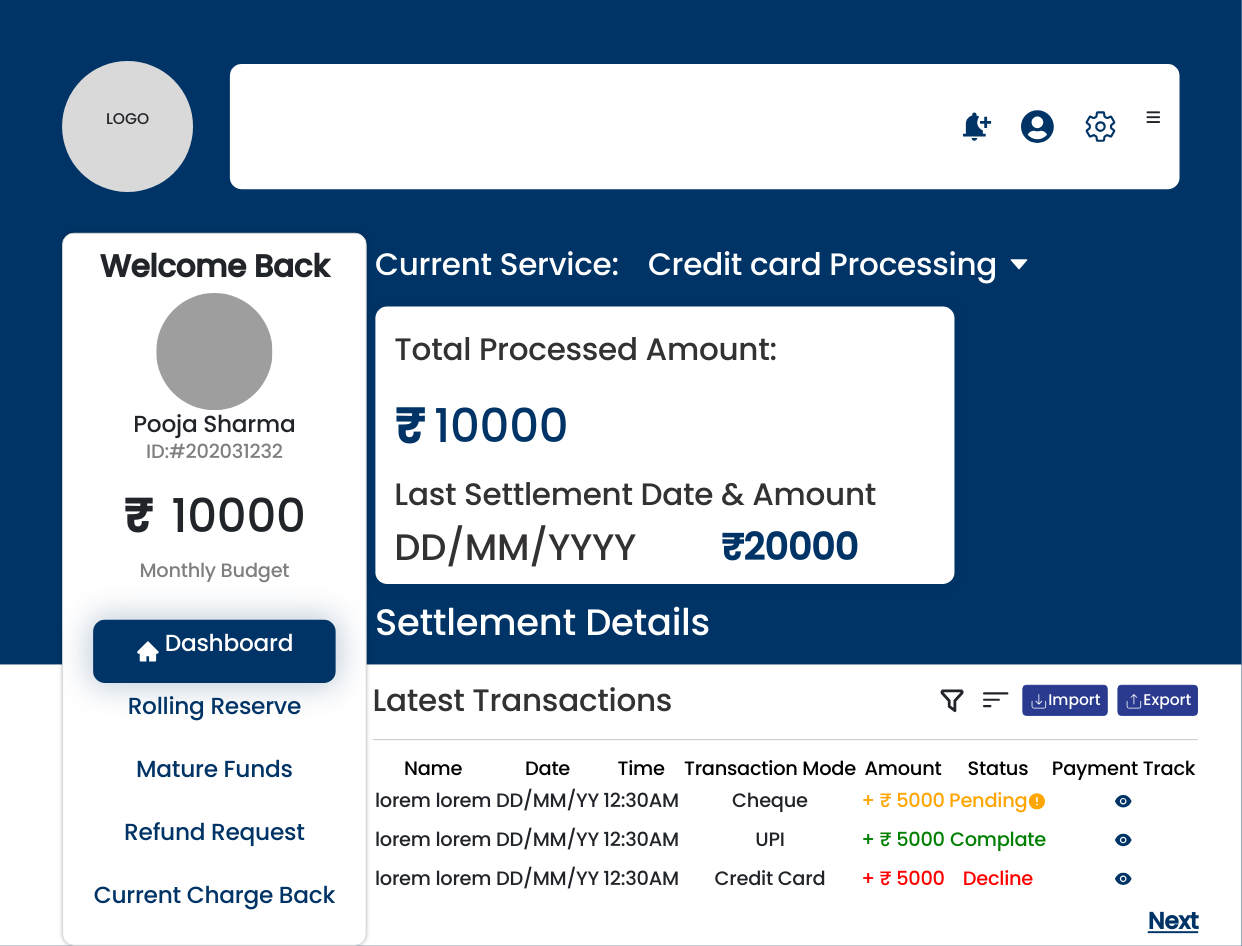
Repository: FlyweisReact/Prashant
Page: /dashboard
These files come from the project's save history. The page is drawn as it stood at one moment and after the next save; the edit follows.
The browser window is 1280 px wide. The pictures show the whole page, at 97% of full size.
Pictures or frames that could not be fetched are drawn as grey boxes. Some web libraries are served in a nearby version. The project was rebuilt for these pictures with package versions that can differ from the ones it lists, and the page was loaded fresh each time. Also part of the build but not shown: src/Pages/CryptoPayment.jsx, src/Pages/CurrentCharge.jsx, src/Styles/Login.module.css, src/Components/Login/LoginFirstSection.jsx, src/Components/Login/LoginMainSection.jsx, src/Pages/Login.jsx, src/Pages/MatureFund.jsx, src/Pages/OpenBanking.jsx and 12 more.

Above is the page before, as saved 2023-03-23 17:21:12.

### public/index.html
<!DOCTYPE html>
<html lang="en">
  <head>
    <meta charset="utf-8" />
    <link rel="icon" href="%PUBLIC_URL%/favicon.ico" />
    <meta name="viewport" content="width=device-width, initial-scale=1" />
    <meta name="theme-color" content="#000000" />
    <meta
      name="description"
      content="Web site created using create-react-app"
    />
    <link rel="apple-touch-icon" href="%PUBLIC_URL%/logo192.png" />
    <link rel="manifest" href="%PUBLIC_URL%/manifest.json" />
    <title>React App</title>
  </head>
  <body>
    <noscript>You need to enable JavaScript to run this app.</noscript>
    <div id="root"></div>
  </body>
  <style>
    @import url("https://fonts.googleapis.com/css2?family=Lilita+One&family=PT+Sans&family=Poppins:wght@500&display=swap");
  </style>
  <script src="https://kit.fontawesome.com/b533b351e4.js" crossorigin="anonymous"></script>
</html>

### src/Routes/AllRoutes.jsx
import React from "react";
import { Route, Routes } from "react-router-dom";
import { CryptoPayment } from "../Pages/CryptoPayment";
import { CurrentCharge } from "../Pages/CurrentCharge";
import { Dashboard } from "../Pages/Dashboard";
import { Login } from "../Pages/Login";
import { MatureFund } from "../Pages/MatureFund";
import { OpenBanking } from "../Pages/OpenBanking";
import { OtpPage } from "../Pages/OtpPage";
import { Profile } from "../Pages/Profile";
import { RefundRequest } from "../Pages/RefundRequest";
import { Register } from "../Pages/Register";
import { RegisterTwo } from "../Pages/RegisterTwo";
import { RollingReserve } from "../Pages/RollingReserve";

export const AllRoutes = () => {
  return (
    <Routes>
      <Route path="/" element={<Login />} />
      <Route path="/verify-otp" element={<OtpPage />} />
      <Route path="/dashboard" element={<Dashboard />} />
      <Route path="/register" element={<Register />} />
      <Route path="/detail-register" element={<RegisterTwo />} />
      <Route path="/profile" element={<Profile />} />
      <Route path="/rolling-reserve" element={<RollingReserve />} />
      <Route path="/mature-fund" element={<MatureFund />} />
      <Route path="/refund-request" element={<RefundRequest />} />
      <Route path="/current-charge" element={<CurrentCharge />} />
      <Route path="open-banking-service" element={<OpenBanking />} />
      <Route path="/crypto-payment-proccessing" element={<CryptoPayment />} />
    </Routes>
  );
};

### src/Components/Dashboard/UserInfoPopUp.jsx
/** @format */

import React  from "react";
import styles from "../../Styles/Dashboard.module.css";
import { MdNotificationAdd } from "react-icons/md";
import { FaUserCircle } from "react-icons/fa";
import { IoSettingsOutline } from "react-icons/io5";
import { useNavigate } from "react-router-dom";
import Modal from "react-bootstrap/Modal";
import { BsThreeDotsVertical } from "react-icons/bs";

function NotificationModal(props) {
  const data = [
    {
      img: "https://th.bing.com/th/id/OIP.2i5UaEHaQM3PYAYXQyM1AAAAAA?pid=ImgDet&rs=1",
      title: "Morem ipsum dolor sit amet, consectetur adipiscing elit.",
      desc: "Morem ipsum dolor sit amet, consectetur .",
      day: "yesterday",
      time: "10:30 AM",
    },
    {
      img: "https://th.bing.com/th/id/OIP.2i5UaEHaQM3PYAYXQyM1AAAAAA?pid=ImgDet&rs=1",
      title: "Morem ipsum dolor sit amet, consectetur adipiscing elit.",
      desc: "Morem ipsum dolor sit amet, consectetur .",
      day: "yesterday",
      time: "10:30 AM",
    },
    {
      img: "https://th.bing.com/th/id/OIP.2i5UaEHaQM3PYAYXQyM1AAAAAA?pid=ImgDet&rs=1",
      title: "Morem ipsum dolor sit amet, consectetur adipiscing elit.",
      desc: "Morem ipsum dolor sit amet, consectetur .",
      day: "yesterday",
      time: "10:30 AM",
    },
  ];

  return (
    <Modal
      {...props}
      aria-labelledby="contained-modal-title-vcenter"
      centered
      className="NotifyModal"
    >
      <Modal.Body>
        <div className="NotificationModal">
          <div>
            <div className="close">
              <i class="fa-solid fa-x" onClick={() => props.onHide()}></i>
            </div>
            <div className="NotificationModalFirst">
              <h1>Notification</h1>
              <BsThreeDotsVertical size={25} />
            </div>
            <hr style={{ height: "3px", background: "black" }} />
            <p>Today's</p>
            {data.map((ele) => (
              <>
                <div className="NotificationDiv">
                  <div>
                    <img src={ele.img} alt="img" />
                  </div>
                  <div>
                    <h1>{ele.title}</h1>
                    <p>{ele.desc}</p>
                    <div>
                      <p>{ele.day}</p>
                      <span className="Time">{ele.time}</span>
                    </div>
                  </div>
                </div>
                <hr style={{ height: "2px", background: "grey" }} />
              </>
            ))}
          </div>
        </div>
      </Modal.Body>
    </Modal>
  );
}

export const UserInfoPopUp = () => {
  const [modalShow, setModalShow] = React.useState(false);
  const navigate = useNavigate();

  return (
    <>
      <NotificationModal
        show={modalShow}
        onHide={() => setModalShow(false)}
      />

      <div className={styles.logoSection}>
        <div onClick={() => navigate("/dashboard")} className={styles.Logo}>
          <p>LOGO</p>
        </div>

        <div className={styles.InfoPanel}>
          <div>
            <MdNotificationAdd
              size={35}
              color="#003466"
              style={{ cursor: "pointer" }}
              onClick={() => setModalShow(true)}
            />
            <FaUserCircle
              size={35}
              color="#003466"
              style={{ cursor: "pointer" }}
              onClick={() => navigate("/profile")}
            />
            <IoSettingsOutline
              size={35}
              color="#003466"
              style={{ cursor: "pointer" }}
            />
            <i class="fa-solid fa-bars"></i>
          </div>
        </div>
      </div>
    </>
  );
};

### src/Components/SideBar.jsx
import React from "react";
import { AiFillHome } from "react-icons/ai";
import { Link, useLocation } from "react-router-dom";
import styles from "../Styles/SideBar.module.css";
export const SideBar = () => {
  const { pathname } = useLocation();
  return (
    <div className={styles.SideBarMain}>
      <h1>Welcome Back</h1>
      <div>
        <div>
          <img
            src="https://th.bing.com/th/id/OIP.2i5UaEHaQM3PYAYXQyM1AAAAAA?pid=ImgDet&rs=1"
            alt="img"
          />
          <h1>Pooja Sharma</h1>
          <p>ID:#202031232</p>
          <div className={styles.TotalBudgetDiv}>
            <h1>&#x20b9;</h1>
            <h1>10000</h1>
          </div>
          <p>Monthly Budget</p>
        </div>
      </div>
      <div className={styles.LinkBox}>
        <Link to={"/dashboard"}>
          <div
            className={
              pathname === "/dashboard" ? styles.active : styles.unactive
            }
          >
            <AiFillHome size={25} />
            <p>Dashboard</p>
          </div>
        </Link>
        <Link to={"/rolling-reserve"}>
          <div
            className={
              pathname === "/rolling-reserve" ? styles.active : styles.unactive
            }
          >
            <p>Rolling Reserve</p>
          </div>
        </Link>
        <Link to={"/mature-fund"}>
          <div
            className={
              pathname === "/mature-fund" ? styles.active : styles.unactive
            }
          >
            <p>Mature Funds</p>
          </div>
        </Link>
        <Link to={"/refund-request"}>
          <div
            className={
              pathname === "/refund-request" ? styles.active : styles.unactive
            }
          >
            <p>Refund Request</p>
          </div>
        </Link>
        <Link to={"/current-charge"}>
          <div
            className={
              pathname === "/current-charge" ? styles.active : styles.unactive
            }
          >
            <p>Current Charge Back</p>
          </div>
        </Link>
      </div>
    </div>
  );
};

### src/Components/TotalAmountSection.jsx
import React from "react";
import styles from "../Styles/TotalAmountSection.module.css";
export const TotalAmountSection = () => {
  return (
    <div className={styles.MainDiv}>
      <h1>Total Processed Amount:</h1>
      <div className={styles.TotalBudgetDiv}>
        <h1>&#x20b9;</h1>
        <h1>10000</h1>
      </div>
      <h1>Last Settlement Date & Amount</h1>
      <div className={styles.DateSection}>
        <div>
          <p>DD/MM/YYYY</p>
          <h2>&#x20b9;{20000}</h2>
        </div>
      </div>
    </div>
  );
};

### src/Components/CardProccessingModal.jsx
import React from "react";
import { MdOutlineClose } from "react-icons/md";
import { Link } from "react-router-dom";
import styles from "../Styles/CardProccessingModal.module.css";
export const CardProccessingModal = ({ OpenModal, HandleModal }) => {
  console.log(OpenModal);
  return (
    <div className={OpenModal ? styles.modalVisible : styles.modal}>
      <div className={styles.ModalMainDiv}>
        <MdOutlineClose
          onClick={() => HandleModal()}
          size={25}
          className={styles.CloseICon}
        />
        <div>
          <Link to={""}>Credit Card Processing</Link>
          <hr />
          <Link to={"/open-banking-service"}>Open Banking Service</Link>
          <hr />
          <Link to={"/crypto-payment-proccessing"}>
            Crypto payment processing
          </Link>
        </div>
      </div>
    </div>
  );
};

### src/Components/DeclineModal.jsx
import React from "react";
import { MdOutlineClose } from "react-icons/md";
import styles from "../Styles/DeclineModal.module.css";
import { IoMdCheckmarkCircle } from "react-icons/io";
import { RiErrorWarningFill } from "react-icons/ri";
import { BsCircleFill } from "react-icons/bs";
export const DeclineModal = ({ OpenModal, HandleModal }) => {
  return (
    <div className={OpenModal ? styles.modalVisible : styles.modal}>
      <div className={styles.ModalMainDiv}>
        <MdOutlineClose
          onClick={() => HandleModal()}
          size={25}
          className={styles.CloseICon}
        />
        <div>
          <h1>Payment Details</h1>
          <hr style={{ height: "4px", background: "white" }} />
          <div className={styles.paymentDetailMainDiv}>
            <div className={styles.PaymentDetails}>
              <div>
                <p>Transaction ID:</p>
                <p>545454545</p>
              </div>
              <div>
                <p>To:</p>
                <p>Loren loren Epsom ( Company Name)</p>
              </div>
              <div>
                <p>From:</p>
                <p>Loren loren Epsom (Merchant Company)</p>
              </div>
              <div>
                <p>Transaction Mode:</p>
                <p>Card</p>
              </div>
            </div>
            <div className={styles.paymentTimeline}>
              <p>Payment Timeline</p>
              <div>
                <div className={styles.VerticalLine}></div>
                <div className={styles.PaymentStatus}>
                  <IoMdCheckmarkCircle
                    size={25}
                    className={styles.Icons}
                    color="green"
                  />
                  <p>Payment Started</p>
                </div>
                <div className={styles.PaymentStatus}>
                  <RiErrorWarningFill
                    size={25}
                    className={styles.Icons}
                    color="red"
                  />
                  <p>Payment Failed To complete</p>
                </div>
                <div className={styles.PaymentStatus}>
                  <BsCircleFill
                    size={25}
                    className={styles.Icons}
                    color="white"
                  />
                  <p>Payment Successful</p>
                </div>
              </div>
              <hr />
              <div className={styles.ReasonsDiv}>
                <p>Reason:</p>
                <p> Account Coded (Credit Rating) </p>
              </div>
              <div className={styles.ReasonsDiv}>
                <p>Code:</p>
                <p> 505 </p>
              </div>
              <div className={styles.ReasonsDiv}>
                <p>Description:</p>
                <p>
                  {" "}
                  The account the customer used for the attempted transaction
                  has a negative credit rating.{" "}
                </p>
              </div>
            </div>
          </div>
        </div>
      </div>
    </div>
  );
};

### src/Styles/SideBar.module.css
.SideBarMain{
    position: absolute;
    width: 314px;
/* height: 789px; */
left: 25%px;
top: 35%;
background: #FFFFFF;
border: 1px solid #D9D9D9;
box-shadow: 0px 0px 4px rgba(0, 0, 0, 0.25);
border-radius: 12px;
padding: 10px;
}
.SideBarMain>h1{
    text-align: center;
    font-family: 'Poppins';
font-style: normal;
font-weight: 700;
font-size: 32px;
margin-top: 5px;
letter-spacing: -0.28px;
}
.SideBarMain>div{
    width: 100%;
    display: flex;
    align-items: center;
    justify-content: center;
}
.SideBarMain>div>div{
    text-align: center;
}
.SideBarMain>div>div>img{
    width: 120px;
height: 121px;
    border-radius: 50%;
}
.SideBarMain>div>div>h1{
    font-family: 'Poppins';
font-style: normal;
font-weight: 500;
font-size: 24px;
letter-spacing: -0.28px;
}
.SideBarMain>div>div>p{
    font-family: 'Poppins';
font-style: normal;
margin-top: -10px;
font-weight: 300;
font-size: 20px;
line-height: 30px;
letter-spacing: -0.28px;
color: rgba(0, 0, 0, 0.5);
}
.TotalBudgetDiv{
    display: flex;
    align-items: center;
    gap: 20px;
    margin: 15px;
}
.TotalBudgetDiv>h1:first-child{
    font-family: 'Poppins';
font-style: normal;
font-weight: 700;
font-size: 48px;
line-height: 72px;
letter-spacing: -0.28px;
}
.TotalBudgetDiv>h1{
    font-family: 'Poppins';
    font-style: normal;
    font-weight: 500;
    font-size: 48px;
    line-height: 72px;
    margin: 0;
    letter-spacing: -0.28px;
}
.LinkBox{
    display: flex;
    flex-direction: column;
    margin-top: 20px;
}
.LinkBox>a{
    text-decoration: none;
}
.active{
    width: 250px;
    height: 65px;
    padding-left: 10px;
    padding-right: 10px;
    background: #003466;
    box-shadow: 0px 0px 32px 4px rgba(0, 52, 102, 0.25);
    border-radius: 12px;
    display: flex;
    color: white;
    justify-content: center;
    align-items: center;
    gap: 5px;

}
.unactive{
    width: 250px;
    height: 65px;
    display: flex;

    color:#003466;
    justify-content: center;
    align-items: center;
    gap: 5px;
}
.unactive,.active >p{
    font-family: 'Poppins';
font-style: normal;
font-weight: 500;
font-size: 24px;
line-height: 36px;
letter-spacing: -0.28px;
}

### src/Styles/TotalAmountSection.module.css
.MainDiv{
    display:flex;
    flex-direction: column;
    margin-top: 20px;
    width: 72%;
height: 286px;
background: #FFFFFF;
box-shadow: 0px 0px 10px rgba(0, 52, 102, 0.3);
border-radius: 12px;
}
.MainDiv>h1{
    font-family: 'Poppins';
    font-style: normal;
    font-weight: 500;
    font-size: 32px;
    line-height: 48px;
    letter-spacing: -0.28px;
    color: #333131;
    margin: 20px;
}
.TotalBudgetDiv{
    display: flex;
    align-items: center;
    gap: 30px;
    margin-left: 20px;
  margin-top: -30px;
  margin-bottom: -40px;
}
.TotalBudgetDiv>h1:first-child{
    font-family: 'Poppins';
font-style: normal;
font-weight: 700;
margin: 0;
font-size: 50px;
line-height: 72px;
letter-spacing: -0.28px;
color: #003466;
}
.TotalBudgetDiv>h1{
    font-family: 'Poppins';
    font-style: normal;
    font-weight: 500;
    font-size: 48px;
    line-height: 72px;
    margin: 0;
    letter-spacing: -0.28px;
    color: #003466;
}
.DateSection>div{
    width: 80%;
    margin-top: -50px;
    /* background-color: rebeccapurple; */
    display: flex;
    justify-content: space-between;
    align-items: center;
    margin-left: 20px;
}
.DateSection>div>p{
   font-family: 'Poppins';
font-style: normal;
font-weight: 500;
font-size: 38px;
line-height: 60px;
/* identical to box height */
margin: 0;
letter-spacing: -0.28px;
color: #333131;
}
.DateSection>div>h2{
    margin: 0;
    font-family: 'Poppins';
font-style: normal;
font-weight: 600;
font-size: 38px;
line-height: 60px;
letter-spacing: -0.28px;
color: #003466;
}

### src/Styles/CardProccessingModal.module.css
.modal{
    display: none;
  position: fixed;
  z-index: 1;
  left: 0%;
  top: 0;
  width: 100%;
  height: 100%;
  overflow: auto;
  background-color: rgb(0,0,0);
  background-color: rgba(0,0,0,0.4);
}
.modalVisible{
    display :block;
    position: fixed;
    z-index: 1;
    left: 0%;
    top: 0;
    width: 100%;
    height: 100%;
    /* margin-bottom: 20px; */
    overflow: auto;
    background-color: rgb(0,0,0);
    background-color: rgba(0,0,0,0.4);
}
.CloseICon{
    position: absolute;
    right: 3%;
    top: 5%;
    cursor: pointer;
}
.MainTitle{
    display: flex;
    border: 1px solid blue;
}
.ModalMainDiv{
    position:absolute;
    margin: auto;
    /* width: 435px; */
height: 221px;
background: #FFFFFF;
border-radius: 4px;

    top: 38%;
    left: 60%;

}
.ModalMainDiv>div{
    margin: 30px;
}
.ModalMainDiv>div>a{
    text-decoration: none;
    height: 50px;
    font-family: 'Poppins';
font-style: normal;
font-weight: 500;
font-size: 32px;
line-height: 40px;
letter-spacing: -0.28px;

color: #333333;
}

### src/Styles/DeclineModal.module.css
.modal{
    display: none;
  position: fixed;
  z-index: 1;
  left: 0%;
  top: 0;
  width: 100%;
  height: 100%;
  overflow: auto;
  background-color: rgb(0,0,0);
  background-color: rgba(0,0,0,0.4);
}
.modalVisible{
    display :block;
    position: fixed;
    z-index: 1;
    left: 0%;
    top: 0;
    width: 100%;
    height: 100%;
    /* margin-bottom: 20px; */
    overflow: auto;
    background-color: rgb(0,0,0);
    background-color: rgba(0,0,0,0.4);
}
.CloseICon{
    position: absolute;
    right: 3%;
    top: 3%;
    cursor: pointer;
    color: white;
}
.MainTitle{
    display: flex;
    border: 1px solid blue;
}
.ModalMainDiv{
    position:absolute;
    margin: auto;
width: 980px;

left: 20%;
top: 8%;

background: #003466;


}
.ModalMainDiv>div{
    margin: 30px;
}
.ModalMainDiv>div>h1{
    font-family: 'Poppins';
    font-style: normal;
    font-weight: 600;
    font-size: 24px;
    line-height: 29px;
    letter-spacing: -0.28px;
    color: #FFFFFF;
}
.paymentDetailMainDiv{
    display: flex;
    gap: 20px;
    margin-top: 20px;
}
.paymentDetailMainDiv>div:first-child{
    width: 50%;
/* height: 426px; */
background: #FFFFFF;
border: 1px solid #D9D9D9;
box-shadow: 0px 0px 4px rgba(0, 0, 0, 0.25);
border-radius: 20px;
}
.paymentDetailMainDiv>div{
    width: 50%;
}

.PaymentDetails>div{
    margin:20px;
    margin-top: 0;
    margin-bottom: 30px;
}

.PaymentDetails>div>p{
    font-family: 'Poppins';
font-style: normal;
margin: 10;
font-weight: 500;
font-size: 20px;
line-height: 24px;
letter-spacing: -0.28px;
color: #003466;
}
.PaymentDetails>div>p:first-child{
    font-weight: 600;
}
.paymentTimeline>p{
    font-family: 'Poppins';
    font-style: normal;
    font-weight: 500;
    font-size: 20px;
    line-height: 24px;
    letter-spacing: -0.28px;
    margin: 0;
    color: #FFFFFF;
}
.paymentTimeline>div{
    position: relative;
}
.PaymentStatus{
    display: flex;
    align-items: center;
    gap: 20px;
}
.PaymentStatus>p{
    font-family: 'Poppins';
font-style: normal;
font-weight: 400;
font-size: 20px;
line-height: 24px;
letter-spacing: -0.28px;
margin-left: 40px;
color: #FFFFFF;
}
.VerticalLine{
    position: absolute;
    border-left:2px dotted white;
    left:3%;
    top: 18%;
    height:130px;
}
.Icons{
    position: absolute;
    left: 0;
}
.ReasonsDiv{
    display: flex;
    gap: 30px;
    margin: 10px;
}

.ReasonsDiv>p:first-child{
    width: 30%;
    font-family: 'Poppins';
    font-style: normal;
    font-weight: 500;
    font-size: 20px;
    line-height: 24px;
    letter-spacing: -0.28px;

    color: #FFFFFF;
    margin: 0;
}
.ReasonsDiv>p:last-child{
    width: 70%;
    font-family: 'Poppins';
    font-style: normal;
    font-weight: 400;
    font-size: 20px;
    line-height: 24px;
    letter-spacing: -0.28px;
    margin: 0;
    color: #FFFFFF;
}
.Note{
    margin-top: 20px;
    width: 128px;
    display: flex;
    justify-content: center;
    align-items: center;
height: 38px;
background: #FFFFFF;
border-radius: 19px;
font-family: 'Poppins';
font-style: normal;
font-weight: 600;
font-size: 24px;
line-height: 29px;
/* identical to box height */

letter-spacing: -0.28px;

color: #003466;

}
.NotesPara{
    width: 100%;
    font-family: 'Poppins';
font-style: normal;
font-weight: 500;
font-size: 19px;
line-height: 24px;
letter-spacing: -0.28px;
color: #FFFFFF;
}

Loaded but not shown: src/index.css (common file); src/reportWebVitals.js (common file); src/index.js (18 lines, source omitted); src/App.js (13 lines, source omitted); src/Pages/Dashboard.jsx (184 lines, source omitted); src/App.css (202 lines, source omitted); src/Styles/Dashboard.module.css (204 lines, source omitted); src/Components/PaymentPendingModal.jsx (96 lines, source omitted); src/Styles/PaymentPendingModal.module.css (195 lines, source omitted)

After the next save:
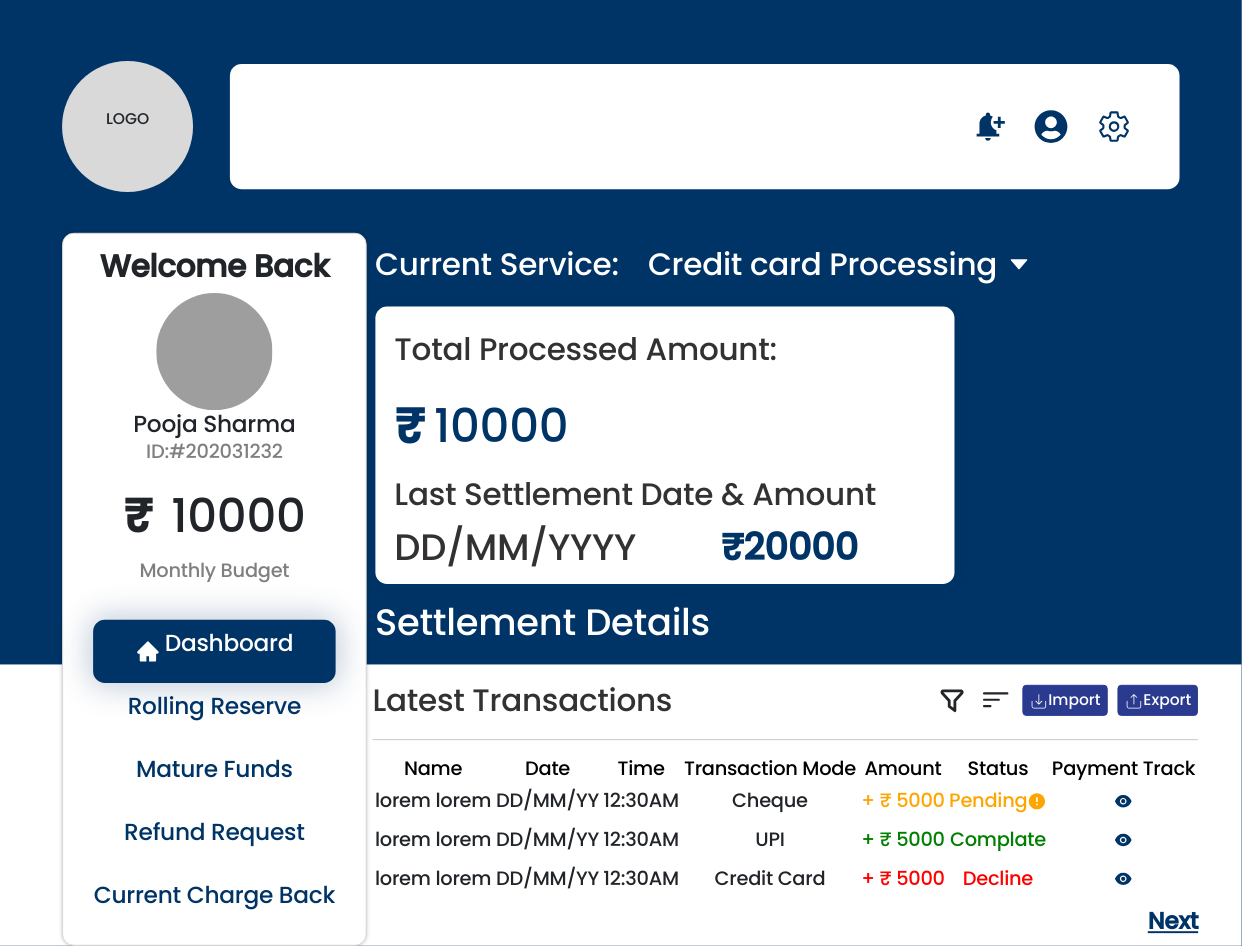
Saved 4 s later.
--- a/src/Components/Dashboard/UserInfoPopUp.jsx
+++ b/src/Components/Dashboard/UserInfoPopUp.jsx
@@ -113,7 +113,7 @@ export const UserInfoPopUp = () => {
               color="#003466"
               style={{ cursor: "pointer" }}
             />
-            <i class="fa-solid fa-bars"></i>
+            <i class="fa-solid fa-bars" className=""></i>
           </div>
         </div>
       </div>
